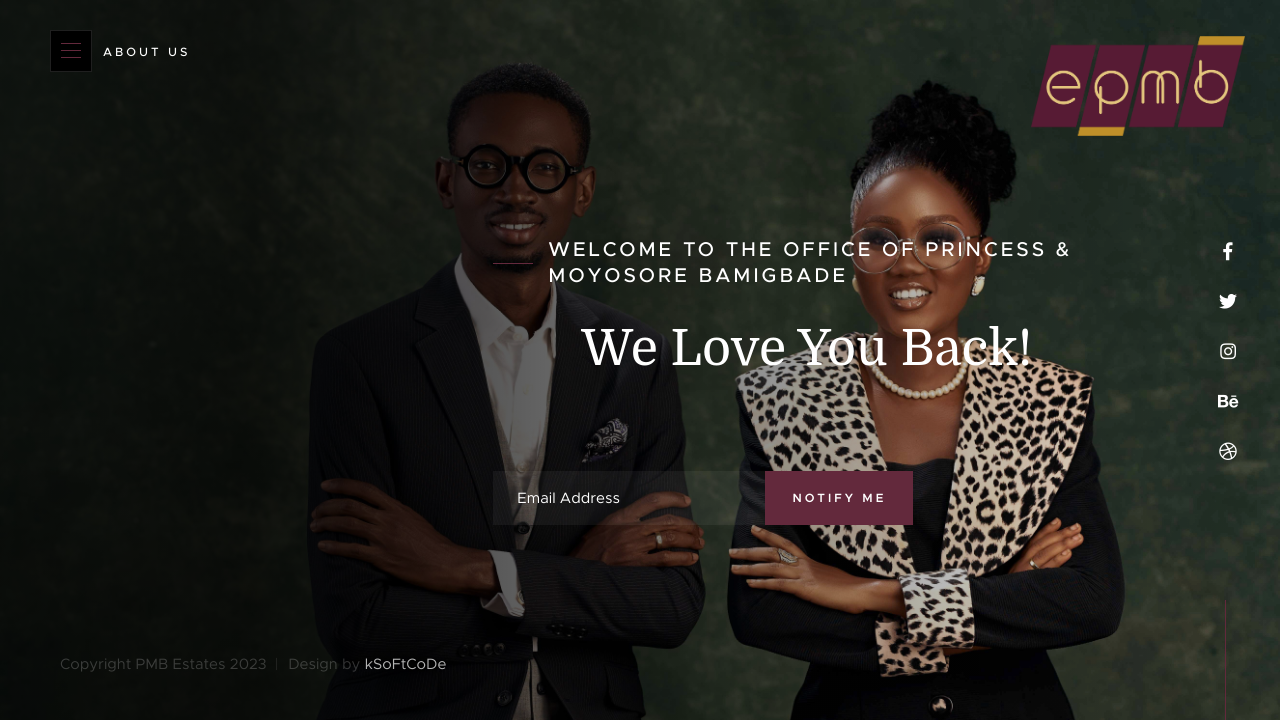
Repository: Ksoftcode/PMB
Page: index.html
The author's editor kept a copy of each file at every save. The page is drawn from the files as they stood at one save, then again after the next save.
The browser window is 1280 px wide. The pictures show the whole page.

Above is the page before, as saved 2024-03-15 17:06:17.

### index.html
<!DOCTYPE html>
<html class="no-js" lang="en">
<head>

    <!--- basic page needs
    ================================================== -->
    <meta charset="utf-8">
    <title>Launch | EPMB</title>
    <meta name="description" content="">
    <meta name="author" content="">

    <!-- mobile specific metas
    ================================================== -->
    <meta name="viewport" content="width=device-width, initial-scale=1">

    <!-- CSS
    ================================================== -->
    <link rel="stylesheet" href="css/base.css">
    <link rel="stylesheet" href="css/vendor.css">
    <link rel="stylesheet" href="css/main.css">

    <!-- script
    ================================================== -->
    <script src="js/modernizr.js"></script>
    <script src="js/pace.min.js"></script>

    <!-- favicons
    ================================================== -->
    <link rel="shortcut icon" href="favicon.ico" type="image/x-icon">
    <link rel="icon" href="favicon.ico" type="image/x-icon">

</head>

<body>

    <!-- home
    ================================================== -->
    <main class="s-home s-home--static">

        <div class="overlay"></div>

        <div class="home-content">

            <div class="home-logo">
                <a href="index-static.html">
                    <img src="images/logo.png" alt="Homepage">
                </a>
            </div>

            <div class="row home-content__main">

                <div class="col-eight home-content__text pull-right">
                    <h3>Welcome to the office of Princess & Moyosore Bamigbade</h3>

                    <h1 style="text-align:center;">
                        We Love You Back! <br>
                     <br>
                    </h1>

                    <div class="home-content__subscribe">
                        <form id="mc-form" class="group" novalidate="true">
                            <input type="email" value="" name="EMAIL" class="email" id="mc-email" placeholder="Email Address" required="">
                            <input type="submit" name="subscribe" value="Notify Me">
                            <label for="mc-email" class="subscribe-message"></label>
                        </form>
                    </div>
                </div>
            </div>  <!-- end home-content__main -->

            <ul class="home-social">
                <li>
                <a href="#0"><i class="fab fa-facebook-f" aria-hidden="true"></i><span>Facebook</span></a>
                </li>
                <li>
                <a href="#0"><i class="fab fa-twitter" aria-hidden="true"></i><span>Twiiter</span></a>
                </li>
                <li>
                <a href="#0"><i class="fab fa-instagram" aria-hidden="true"></i><span>Instagram</span></a>
                </li>
                <li>
                <a href="#0"><i class="fab fa-behance" aria-hidden="true"></i><span>Behance</span></a>
                </li>
                <li>
                <a href="#0"><i class="fab fa-dribbble" aria-hidden="true"></i><span>Dribbble</span></a>
                </li>
            </ul> <!-- end home-social -->

            <div class="row home-copyright">
                <span>Copyright PMB Estates 2023</span>
                <span>Design by <a href="#">kSoFtCoDe</a></span>
            </div> <!-- end home-copyright -->

            <div class="home-content__line"></div>

        </div> <!-- end home-content -->

    </main> <!-- end s-home -->

    <!-- info
    ================================================== -->
    <a class="info-toggle" href="#0">
        <span class="info-menu-icon"></span>
    </a>

    <div class="s-info">

        <div class="row info-wrapper">

            <div class="col-nine tab-full info-main">
                <h1>ILORIN : WHERE IT BEGAN</h1>
                <p>
                    Princess & Moyosore’s life and career grew out of deep windy city roots. From their childhood in the south community of Ilorin, through their first contact in Chapel Secondary School in 2004 and 2002 respectively with missionary standards where they became friends. In April, 2015, they began to plan a future together in which Moyosore was already a graduate architect and Princess had just completed her nursing program.
                </p>
            <br>
                <h1>A PROMISE : THE ROYAL WEDDING </h1>
                <p>
                    On April 20th, 2019, Princess & Moyosore got wedded which was a beautiful coincidence with moyosores 27th birthday at the International Convention Centre (ICC), Rhema Chapel Headquarters, Ilorin, Kwara State. Princess & Moyosore pledged a vow of a lifetime commitment built on Godly Christian principles and unswerving adventure.
                </p>
                <br>
                <h1>EDUCATION : A PRIORITY / STANDARD</h1>
                <p>
                    The union of Princess & Moyosore established a standard of continuous learning, unlearning and relearning through education. Princess proceeded for her pediatric nursing training at the Lagos University Teaching Hospital in 2018/2019 where by the grace of God she emerged the overall best student for the pediatrics post basic examination in Nigeria.
                    </p>
                    <p>
                    Moyosore also enrolled for his post graduate program in Federal University of Technology Akure where he also finished with honors. Subsequently, PMB proceeded for further studies. Moyosore bagged a diploma in the Business of Architecture from the European School of Economics. He further enrolled for an MSc in Architecture at University of Ilorin, Ilorin, Kwara State.
                    </p>
                    <p>
                    Princess completed a five (5) years nursing degree from the National Open University of Nigeria with honors. Afterwards, she proceeded for her master’s degree in maternal and child health nursing at Babcock University in 2022. These achievements were constantly stirred by a burning desire to attain the zenith of their profession, where no one is left behind.
                    <center>“ 𝑳𝒊𝒕𝒕𝒍𝒆 𝒃𝒚 𝒍𝒊𝒕𝒕𝒍𝒆, 𝒕𝒉𝒆 𝒃𝒊𝒓𝒅 𝒎𝒂𝒌𝒆𝒔 𝒊𝒕𝒔 𝒏𝒆𝒔𝒕”</center>
                    </p>
                <br>
                <h1>BUSINESS : NIGHTINGALE AND DOCTORS OUTFIT LIMITED</h1>
                <p>
                    Princess shared her vision with Moyosore in 2015 on changing the narrative and perception of Nigerian nurses through a revolutionized appearance and the inclusivity of informatics in nursing education and practice. The company was birth in April 2016 at a small property equipped with machines and experienced staff. The company has since grown with offices in Ilorin and Lagos with a worldwide distribution network.
                </p>
                <br>
                <h1> MB ARCHITECTS LIMITED </h1>
                <p>
                    Princess & Moyosore registered MB Architects limited in August 2017 with both of them as the company’s director. Moyosore had always envisioned owning a private firm of his, and this came to fruition with the support of his lovely wife. They took up roles and responsibilities in ensuring a good service delivery and ensuring nothing was left undone in the absence of one of them. Moyosore could always rely on Princesses intelligence in which she was skilled in penmanship while Moyosore possess numerical competence.</p>
                    <p>
                    The firm has its registered offices in Lagos and Abuja, Nigeria. Princess believes in the dream of Moyosore building and designing over 2,000 structures as she addresses him as the <cite>Greatest Architect of Time.</cite>
                </p>
                <br>
                <h1>THE SET UP</h1>
                <center>“ 𝑳𝒊𝒕𝒕𝒍𝒆 𝒃𝒚 𝒍𝒊𝒕𝒕𝒍𝒆, 𝒕𝒉𝒆 𝒃𝒊𝒓𝒅 𝒎𝒂𝒌𝒆𝒔 𝒊𝒕𝒔 𝒏𝒆𝒔𝒕”</center>
                <p>
                    EPMB was conceived by Princess & Moyosore out of passion to redefine how people live and work. It is important to integrate this two in a symphonic way in other to get the best out of life. One brand, many companies, and many, many people – that’s us in a nutshell. Spread all over the world, we have a passion for home/office furnishing and an inspiring shared vision: to create a better everyday life for the many people. </p>

                    <p>This, together with our straightforward business idea, shared values, and a culture based on the spirit of togetherness, guides us in everything we do. To offer a wide range of well-designed, functional home  & office furnishing products at prices so low, that as many people as possible will be able to afford them.</p>

                    <p> EPMB approach to design focuses on how the aesthetics and organisation of a space can reflect the brand, improve efficiency and productivity, increase employee satisfaction and support sustainability using space, colour, materials and light as tools to create healthy, uplifting environments.</p>
                <br>
                <h1> THE EPMB POINT OF VIEW </h1>
                <p>
                    As a global business with the capacity to make a large impact, we know that we have a responsibility to make that impact a positive one. At EPMB, we believe good business means ethical business. Learn where we stand on important issues by following :-
                    <p>
                    <strong> AIR POLLUTION -</strong> people around the world underestimate the threat of air pollution in their homes. In reality, indoor air pollution causes more premature deaths than outdoor pollution. EPMB wants to raise awareness around air pollution. According to the World Health Organization (WHO), air pollution is estimated to kill 1 in 8 people globally, due to heart disease, stroke, respiratory disease and cancer. That’s why giving people access to clean air is a priority at EPMB.</p>
                    <p>
                    We are focusing on reducing air pollution from our own operations and products. We are phasing out hazardous chemicals and tackling greenhouse gas emissions. We have also successfully lowered formaldehyde emissions in our wooden furniture and removed harmful flame-retardants from textiles to improve indoor air quality in our customers' homes. Our next step is engaging with people around the topic.
                    </p>
                    <p>
                    <strong>BIO-DIVERSITY -</strong> EPMB recognises that the world is experiencing a biodiversity crisis. Dramatic loss of species, ecosystems and genetic diversity is human-induced and represents, together with climate change, one of the greatest challenges of our time. Biodiversity is vital for a healthy and resilient world, and for human health and wellbeing. EPMB is dependent on biodiversity for the success of our business, now and in the future. </p>
                    <p>
                    The EPMB business is already today experiencing business implications influenced by biodiversity loss. We also recognise that biodiversity loss is a complex challenge. As with climate change, EPMB has a unique opportunity and responsibility to take action to both reduce our impact and contribute to positive outcomes. We don’t have all the answers and will work collaboratively together with others to support the large global movements needed to reverse nature loss in this decade.</p>
                    <p>
                    <strong>CIRCULARITY -</strong> EPMB is embarking on a transformation journey to become a circular business by 2030. In the world of finite resources, we have recognised the need to change our approach to how and where we meet our customers, how and what products and services we develop, how we source materials and develop the EPMB supply chain. We are adapting our existing business model to enable the prolongation of product and material life, by enabling the four circular loops of reuse, refurbishment, remanufacturing, and recycling.</p>
                    <p>
                    One of the key enablers of circularity for EPMB is to design all products with circular capabilities from the beginning. Our products will always live up to the five dimensions of the foundation of democratic design, bringing good design to the many people by providing well-designed home / office furnishing solutions, with great form and function, high quality, built with a focus on sustainability, and at an affordable price. We will now also embed circular capabilities into every product, setting the preconditions for all products to live multiple lives as they move through the circular loops.
                </p>
                <br>
                <h1>THE CUTTING EDGE</h1>
                <p>
                    Since Princess & Moyosore are already in the business of architecture- building modern houses & Offices. This is a role they have embarked on together for 6 years having started in 2017. They have a platform to change & redefine how people should live & work. Whether you are staying in a space temporary or it’s a permanent home of residence, EPMB wants to give and leave an unforgettable experience.
                </p>
                <br>
            </div>
<!-- info contact -->
            <div class="col-three tab-full pull-right info-contact">

                <div class="info-block">
                    <h3>Start A Conversation</h3>
                    <p>
                        <a href="mailto:#0" class="info-email">info@pmbestates.com</a><br>
                        <a href="tel:+18587338912" class="'info-phone">+234 7036532200</a>
                    </p>
                </div>

                <div class="info-block">
                    <h3>Visit Our Office</h3>

                    <p class="info-address">

                        No 32, Obayan Street,<br>
                        Akoka, Lagos,<br>
                        100213 NG
                    </p>
                </div>

                <div class="info-block">
                    <h3>Find Us On</h3>

                    <ul class="info-social">
                        <li>
                            <a href="#0"><i class="fab fa-facebook" aria-hidden="true"></i>
                            <span>Facebook</span></a>
                        </li>
                        <li>
                            <a href="#0"><i class="fab fa-twitter" aria-hidden="true"></i>
                            <span>Twiiter</span></a>
                        </li>
                        <li>
                            <a href="#0"><i class="fab fa-instagram" aria-hidden="true"></i>
                            <span>Instagram</span></a>
                        </li>
                        <li>
                            <a href="#0"><i class="fab fa-behance" aria-hidden="true"></i>
                            <span>Behance</span></a>
                        </li>
                        <li>
                            <a href="#0"><i class="fab fa-dribbble" aria-hidden="true"></i>
                            <span>Dribbble</span></a>
                        </li>
                    </ul>
                </div>

            </div>  <!-- end info contact -->

        </div>  <!-- end info wrapper -->

    </div> <!-- end s-info -->


    <!-- preloader
    ================================================== -->
    <div id="preloader">
        <div id="loader">
            <div class="line-scale-pulse-out">
                <div></div>
                <div></div>
                <div></div>
                <div></div>
                <div></div>
            </div>
        </div>
    </div>

    <!-- Java Script
    ================================================== -->
    <script src="js/jquery-3.2.1.min.js"></script>
    <script src="js/plugins.js"></script>
    <script src="js/main.js"></script>

</body>

</html>

### css/vendor.css
/* ===================================================================
 *
 *  Count v1.0 Vendor/Third Party CSS
 *  04-16-2018
 *  ------------------------------------------------------------------
 *
 *  TOC:
 *  # slick slider
 *
 * =================================================================== */


/* ===================================================================
 * # slick slider
 * http://kenwheeler.github.io/slick/
 * ------------------------------------------------------------------- */
.slick-slider {
  position: relative;
  display: block;
  box-sizing: border-box;
  -webkit-touch-callout: none;
  -webkit-user-select: none;
  -khtml-user-select: none;
  -moz-user-select: none;
  -ms-user-select: none;
  user-select: none;
  -ms-touch-action: pan-y;
  touch-action: pan-y;
  -webkit-tap-highlight-color: transparent;
}

.slick-list {
  position: relative;
  overflow: hidden;
  display: block;
  margin: 0;
  padding: 0;
}

.slick-list:focus {
  outline: none;
}

.slick-list.dragging {
  cursor: pointer;
  cursor: hand;
}

.slick-slider .slick-track,
.slick-slider .slick-list {
  -webkit-transform: translate3d(0, 0, 0);
  -moz-transform: translate3d(0, 0, 0);
  -ms-transform: translate3d(0, 0, 0);
  -o-transform: translate3d(0, 0, 0);
  transform: translate3d(0, 0, 0);
}

.slick-track {
  position: relative;
  left: 0;
  top: 0;
  display: block;
}

.slick-track:before,
.slick-track:after {
  content: "";
  display: table;
}

.slick-track:after {
  clear: both;
}

.slick-loading .slick-track {
  visibility: hidden;
}

.slick-slide {
  float: left;
  height: 100%;
  min-height: 1px;
  display: none;
}

[dir="rtl"] .slick-slide {
  float: right;
}

.slick-slide img {
  display: block;
}

.slick-slide.slick-loading img {
  display: none;
}

.slick-slide.dragging img {
  pointer-events: none;
}

.slick-initialized .slick-slide {
  display: block;
}

.slick-loading .slick-slide {
  visibility: hidden;
}

.slick-vertical .slick-slide {
  display: block;
  height: auto;
  border: 1px solid transparent;
}

.slick-arrow.slick-hidden {
  display: none;
}

/*# sourceMappingURL=vendor.css.map */

### css/fonts.css
/* ===================================================================
 * fonts.scss
 *
 * ------------------------------------------------------------------- */


/*
 * domine
================================================================================ */
@font-face {
  font-family: "domine-regular";
  src: url("../fonts/domine/domine-regular-webfont.woff2") format("woff2"), url("../fonts/domine/domine-regular-webfont.woff") format("woff");
  font-style: normal;
  font-weight: normal;
}

@font-face {
  font-family: "domine-bold";
  src: url("../fonts/domine/domine-bold-webfont.woff2") format("woff2"), url("../fonts/domine/domine-bold-webfont.woff") format("woff");
  font-style: normal;
  font-weight: normal;
}


/*
 * metropolis
================================================================================ */
@font-face {
  font-family: "metropolis-bold";
  src: url("../fonts/metropolis/metropolis-bold-webfont.woff2") format("woff2"), url("../fonts/metropolis/metropolis-bold-webfont.woff") format("woff");
  font-style: normal;
  font-weight: normal;
}

@font-face {
  font-family: "metropolis-semibold";
  src: url("../fonts/metropolis/metropolis-semibold-webfont.woff2") format("woff2"), url("../fonts/metropolis/metropolis-semibold-webfont.woff") format("woff");
  font-style: normal;
  font-weight: normal;
}

@font-face {
  font-family: "metropolis-medium";
  src: url("../fonts/metropolis/metropolis-medium-webfont.woff2") format("woff2"), url("../fonts/metropolis/metropolis-medium-webfont.woff") format("woff");
  font-style: normal;
  font-weight: normal;
}

@font-face {
  font-family: "metropolis-regular";
  src: url("../fonts/metropolis/metropolis-regular-webfont.woff2") format("woff2"), url("../fonts/metropolis/metropolis-regular-webfont.woff") format("woff");
  font-style: normal;
  font-weight: normal;
}

@font-face {
  font-family: "metropolis-light";
  src: url("../fonts/metropolis/metropolis-light-webfont.woff2") format("woff2"), url("../fonts/metropolis/metropolis-light-webfont.woff") format("woff");
  font-style: normal;
  font-weight: normal;
}

@font-face {
  font-family: "metropolis-extralight";
  src: url("../fonts/metropolis/metropolis-extralight-webfont.woff2") format("woff2"), url("../fonts/metropolis/metropolis-extralight-webfont.woff") format("woff");
  font-style: normal;
  font-weight: normal;
}

@font-face {
  font-family: "metropolis-italic";
  src: url("../fonts/metropolis/metropolis-regularitalic-webfont.woff2") format("woff2"), url("../fonts/metropolis/metropolis-regularitalic-webfont.woff") format("woff");
  font-style: normal;
  font-weight: normal;
}

/*# sourceMappingURL=fonts.css.map */

Loaded but not shown: js/modernizr.js (library); js/pace.min.js (library); js/jquery-3.2.1.min.js (library); js/plugins.js (library); css/font-awesome/css/fontawesome-all.css (library); js/main.js (160 lines, source omitted); css/main.css (2385 lines, source omitted); css/base.css (949 lines, source omitted)

After the next save:
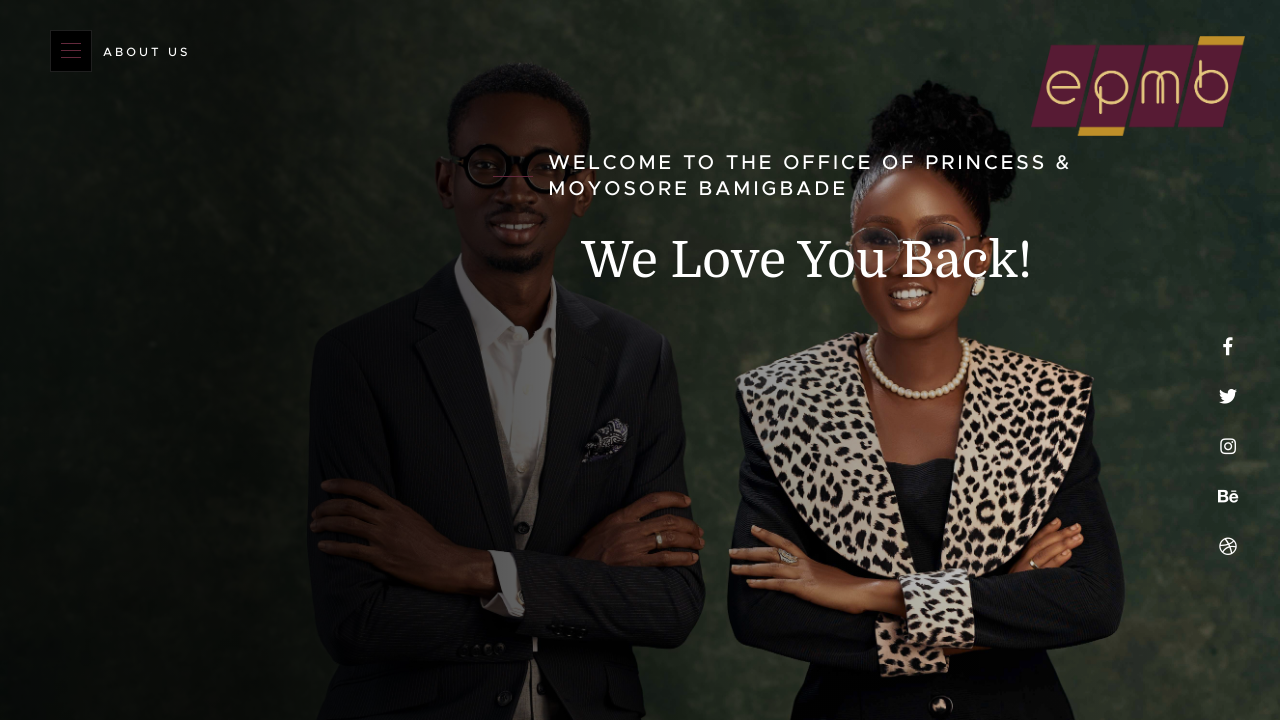
Saved 18 s later.
--- a/index.html
+++ b/index.html
@@ -55,6 +55,7 @@
                     <h1 style="text-align:center;">
                         We Love You Back! <br>
                      <br>
+                     <br> <br> <br> <br> <br> <br>
                     </h1>
 
                     <div class="home-content__subscribe">
